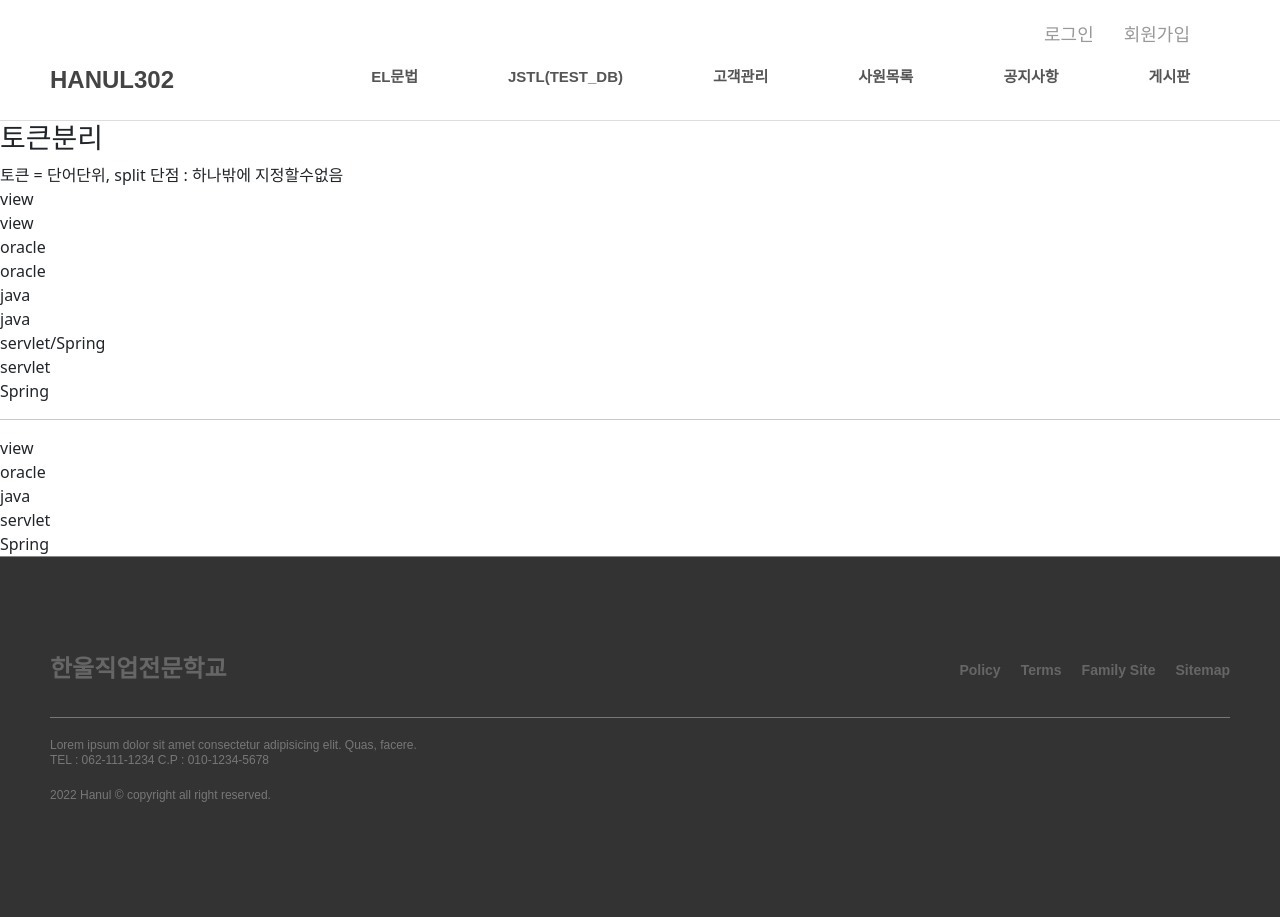
Repository: Xeyeong/servlet
Page: http://localhost/05.MiniProject/el/token.jsp
An editor plug-in stored every save of this project. The page is shown before and after the next save, followed by the edit.
The browser window is 1280 px wide. The pictures show the whole page.
Some web libraries are served in a nearby version. The page is served by Tomcat 9.

Above is the page before, as saved 2022-09-22 01:51:40.

After the next save:
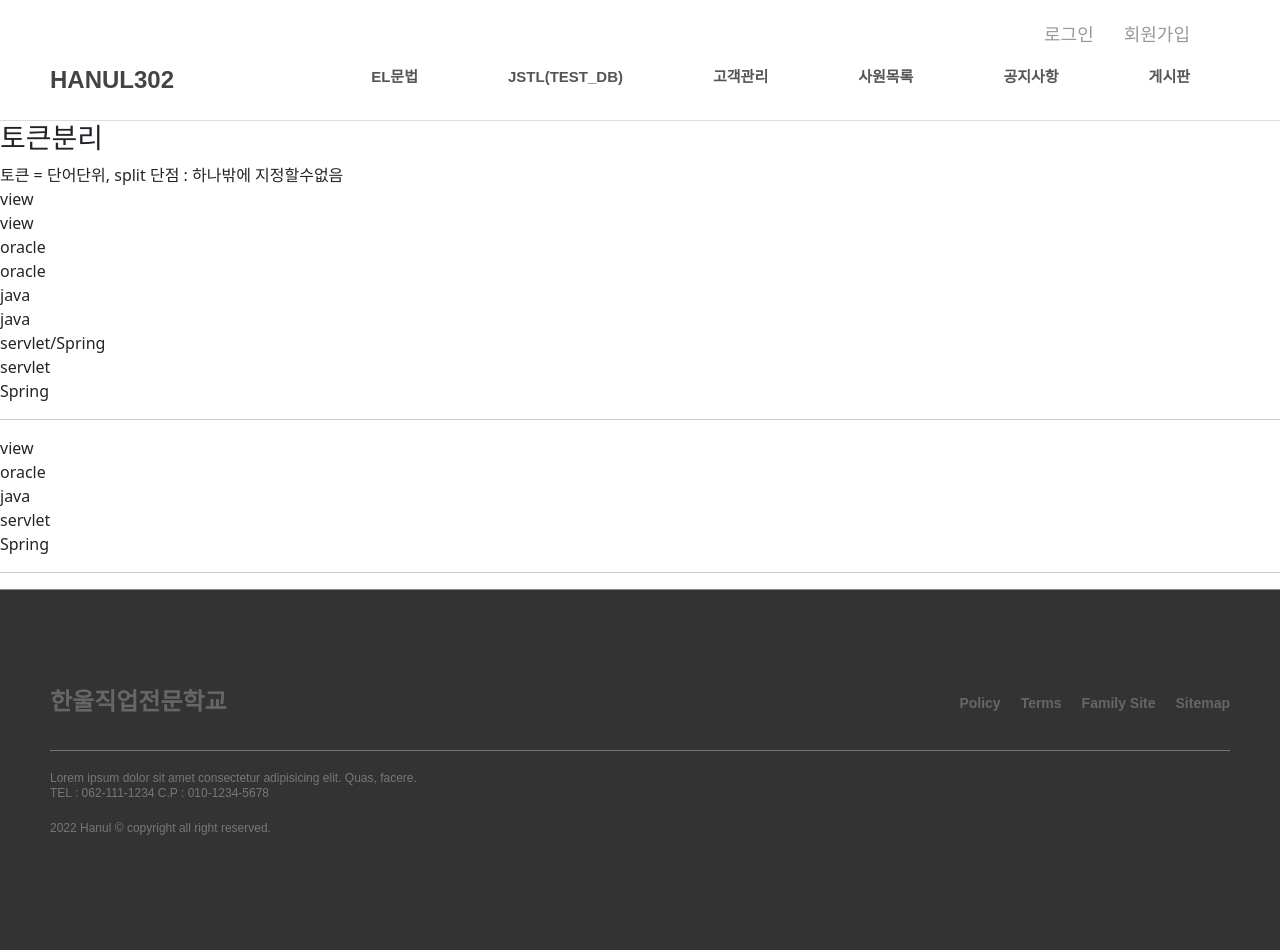
Saved 31 s later.
--- a/05.MiniProject/src/main/webapp/el/token.jsp
+++ b/05.MiniProject/src/main/webapp/el/token.jsp
@@ -34,6 +34,11 @@
 
 	}
 	%>
+<hr />
+<c:forTokens items="" delims=""></c:forTokens>
+
+
+
 
 
 	<%@ include file="/include/footer.jsp"%>
